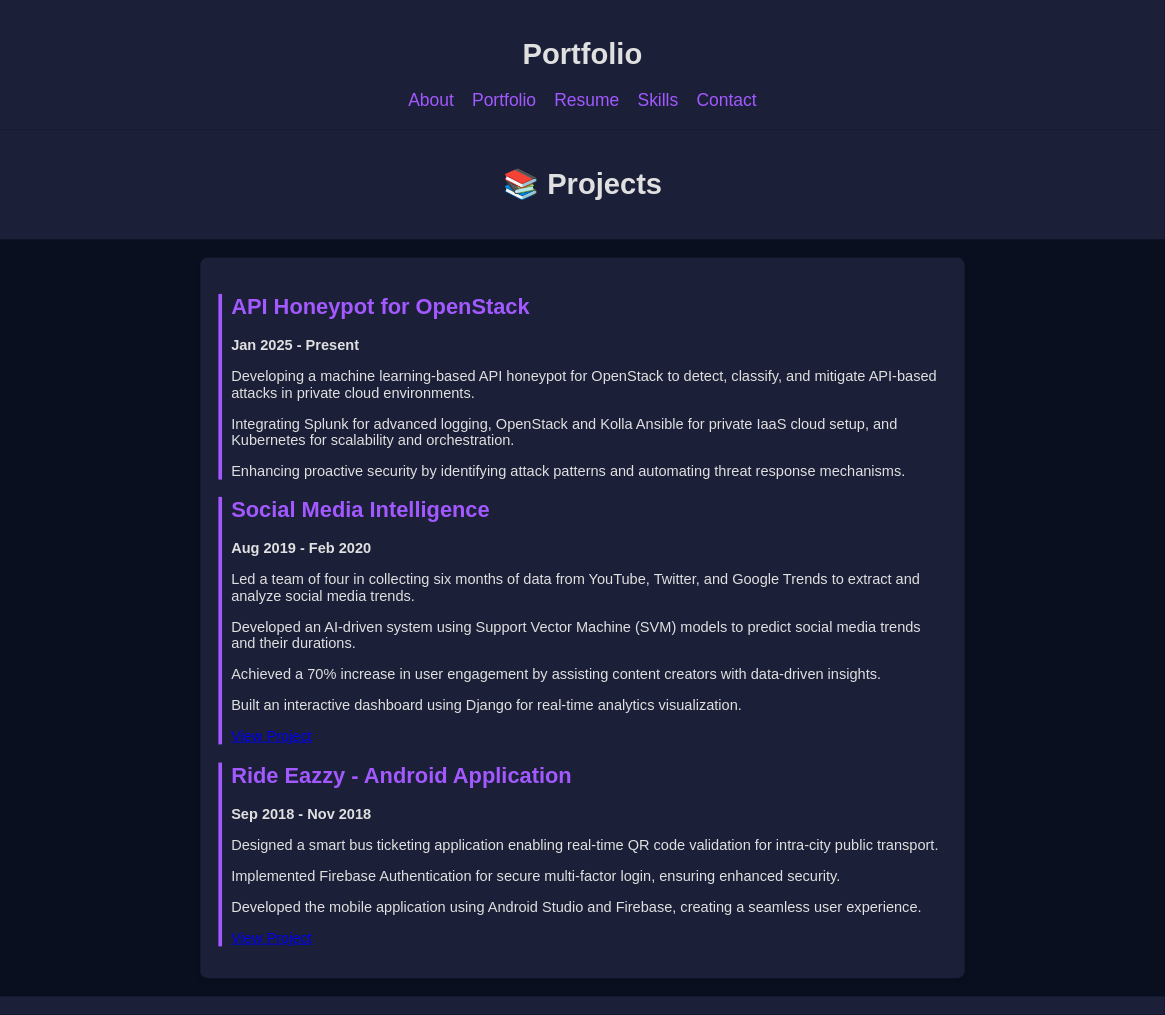
Repository: aman3singh/portfolio
Page: portfolio.html
The author's editor kept a copy of each file at every save. The page is drawn from the files as they stood at one save, then again after the next save.
The browser window is 1280 px wide. The pictures show the whole page, at 91% of full size.

Above is the page before, as saved 2025-02-12 00:00:55.

### portfolio.html
<!DOCTYPE html>
<html lang="en">
<head>
    <meta charset="UTF-8">
    <meta name="viewport" content="width=device-width, initial-scale=1.0">
    <title>Aman Singh | Portfolio</title>
    <link rel="stylesheet" href="styles.css">
</head>
<body>
    <header>
        <h1>Portfolio</h1>
        <nav>
            <a href="index.html#about">About</a>
            <a href="portfolio.html" class="active">Portfolio</a>
            <a href="resume.html">Resume</a>
            <a href="index.html#skills">Skills</a>
            <a href="index.html#contact">Contact</a>
        </nav>
    </header>

    <header>
        <h1>📚 Projects</h1>
    </header>

    <section class="projects">
        <div class="project">
            <h2>API Honeypot for OpenStack</h2>
            <p><strong>Jan 2025 - Present</strong></p>
            <p>Developing a machine learning-based API honeypot for OpenStack to detect, classify, and mitigate API-based attacks in private cloud environments.</p>
            <p>Integrating Splunk for advanced logging, OpenStack and Kolla Ansible for private IaaS cloud setup, and Kubernetes for scalability and orchestration.</p>
            <p>Enhancing proactive security by identifying attack patterns and automating threat response mechanisms.</p>
        </div>

        <div class="project">
            <h2>Social Media Intelligence</h2>
            <p><strong>Aug 2019 - Feb 2020</strong></p>
            <p>Led a team of four in collecting six months of data from YouTube, Twitter, and Google Trends to extract and analyze social media trends.</p>
            <p>Developed an AI-driven system using Support Vector Machine (SVM) models to predict social media trends and their durations.</p>
            <p>Achieved a 70% increase in user engagement by assisting content creators with data-driven insights.</p>
            <p>Built an interactive dashboard using Django for real-time analytics visualization.</p>
            <a href="https://github.com/your-username/social-media-intelligence" target="_blank">View Project</a>
        </div>

        <div class="project">
            <h2>Ride Eazzy - Android Application</h2>
            <p><strong>Sep 2018 - Nov 2018</strong></p>
            <p>Designed a smart bus ticketing application enabling real-time QR code validation for intra-city public transport.</p>
            <p>Implemented Firebase Authentication for secure multi-factor login, ensuring enhanced security.</p>
            <p>Developed the mobile application using Android Studio and Firebase, creating a seamless user experience.</p>
            <a href="https://github.com/your-username/ride-eazzy" target="_blank">View Project</a>
        </div>
    </section>

    <footer>
        <div class="social-links" style="display: flex; gap: 20px; font-size: 2rem;">
            <a href="mailto:aman3singh.work@gmail.com" target="_blank">
                <i class="fa-solid fa-envelope"></i>
            </a>
            <a href="https://www.linkedin.com/in/aman-singh7/" target="_blank">
                <i class="fa-brands fa-linkedin"></i>
            </a>
            <a href="https://github.com/aman3singh" target="_blank">
                <i class="fa-brands fa-github"></i>
            </a>
        </div>
</footer>
</body>
</html>

### styles.css
body {
    font-family: 'Arial', sans-serif;
    margin: 0;
    padding: 0;
    background-color: #0A0F1F;
    color: #E0E0E0;
}

header {
    background-color: #1B1F38;
    color: 	#E0E0E0;
    text-align: center;
    padding: 20px;
}

nav {
    display: flex;
    justify-content: center;
    gap: 20px;
}

nav a {
    color: #A259FF;
    text-decoration: none;
    font-size: 1.2em;
    transition: color 0.3s;
}

nav a:hover {
    color: #00E5FF;
}

section {
    padding: 20px;
    margin: 20px auto;
    max-width: 800px;
    background: #1B1F38;
    box-shadow: 0px 4px 6px rgba(0, 0, 0, 0.1);
    border-radius: 8px;
}

h2 {
    color: #A259FF;
}
#about {
    display: flex;
    align-items: center;
    gap: 30px;
    padding: 40px;
    background-color: #1B1F38;
    border-radius: 12px;
    box-shadow: 0px 4px 10px rgba(0, 0, 0, 0.3);
}

#about img {
    width: 100%;
    max-width: 300px;
    border-radius: 12px;
    box-shadow: 0px 4px 10px rgba(0, 0, 0, 0.3);
}

#about h2 {
    color: #A259FF;
    font-size: 2em;
}

#about p {
    color: #E0E0E0;
    font-size: 1.1em;
    line-height: 1.6;
}
#resume-container {
    display: flex;
    justify-content: center;
    align-items: center;
    min-height: 100vh;
    background-color: #0A0F1F; /* Match with your theme */
    padding-bottom: 0; /* Ensures no extra padding */
    overflow: hidden; /* Prevents extra scrolling */
}

#resume-container iframe {
    width: 80%;
    height: 100vh; /* Make it take full viewport height */
    border: none;
    background-color: transparent;
}

.project {
    border-left: 4px solid #A259FF;
    padding-left: 10px;
    margin-bottom: 15px;
}

.social-links {
    display: flex;
    justify-content: center;
    gap: 15px;
    font-size: 2rem;
}

.social-links a {
    color: #A259FF;
    transition: color 0.3s;
}

.social-links a:hover {
    color: #00E5FF;
}
.credential-button {
    color: #E0E0E0;
    text-decoration: none;
    background-color: #A259FF;
    padding: 10px 18px;
    border-radius: 8px;
    font-size: 1em;
    transition: background-color 0.3s ease-in-out;
    display: flex;
    align-items: center;
    justify-content: center;
}

.credential-button:hover {
    background-color: #00E5FF;
}

footer {
    text-align: center;
    padding: 10px;
    background-color: #1B1F38;
    color: #E0E0E0;
}

After the next save:
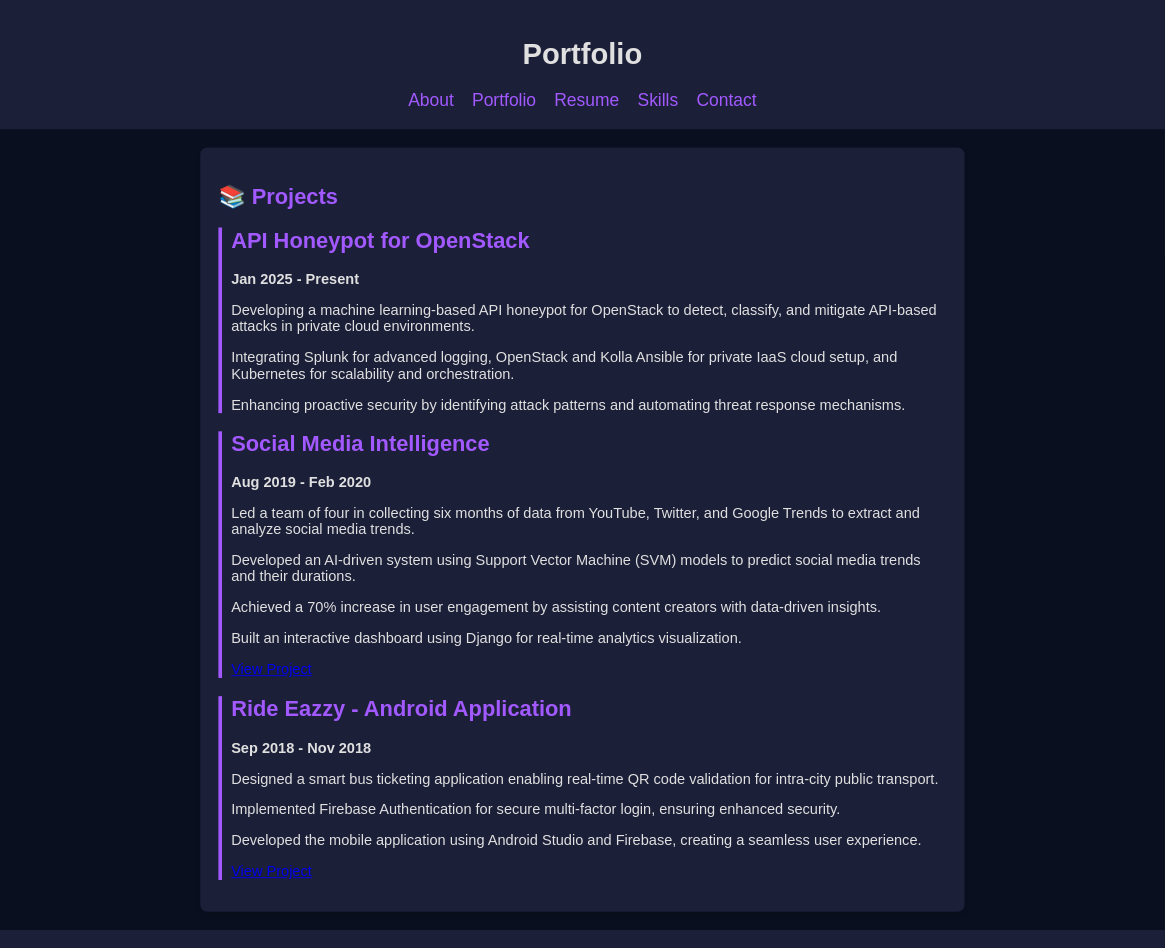
Saved 3 min 4 s later.
--- a/portfolio.html
+++ b/portfolio.html
@@ -18,11 +18,8 @@
         </nav>
     </header>
 
-    <header>
-        <h1>📚 Projects</h1>
-    </header>
-
     <section class="projects">
+        <h2>📚 Projects</h2>
         <div class="project">
             <h2>API Honeypot for OpenStack</h2>
             <p><strong>Jan 2025 - Present</strong></p>
